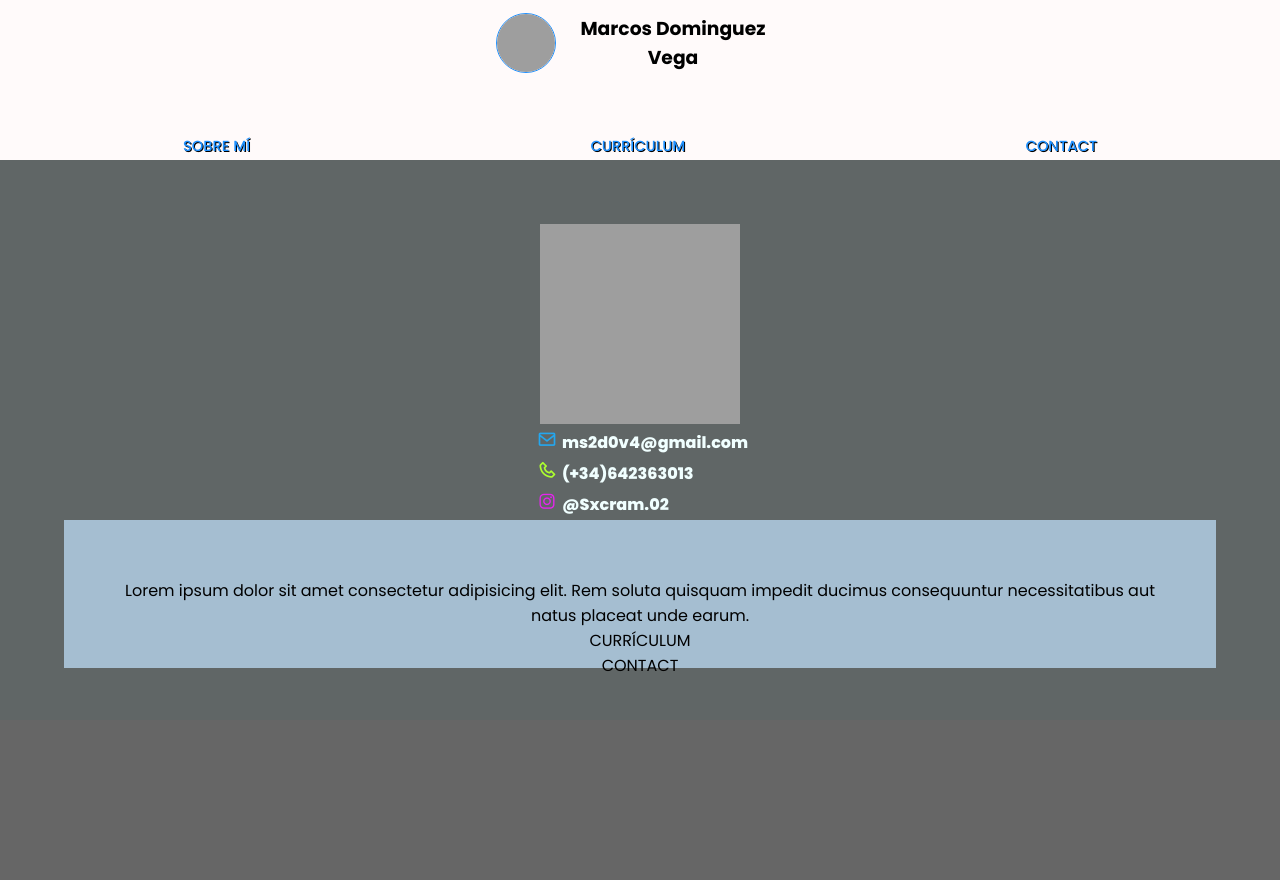
Repository: Sxcram02/Portfoliov.2
Page: index.html
These files come from the project's save history. The page is drawn as it stood at one moment and after a run of saves; the edit follows.
The browser window is 1280 px wide. The pictures show the whole page.
Pictures or frames that could not be fetched are drawn as grey boxes.

Above is the page before, as saved 2023-04-11 00:30:10.

### index.html
<!DOCTYPE html>
<html lang="en">
<head>
    <meta charset="UTF-8">
    <meta http-equiv="X-UA-Compatible" content="IE=edge">
    <meta name="viewport" content="width=device-width, initial-scale=1.0">
    <link rel="stylesheet" href="css/style.css" />
    <link rel="shortcut icon" href="https://picsum.photo/160" type="image/x-icon" />
    <link rel="stylesheet" href="https://unpkg.com/boxicons@latest/css/boxicons.min.css" />
    <title>miPortFolio</title>
</head>
<body>
    <div class="root">
        <header>
            <div class="box-porfile">
                <img src="https://picsum.photos/200" alt="porfile" />
                <h3 class="name">Marcos Dominguez Vega</h3>
            </div>
            <nav>
                <ul class="nav-bar">
                    <li><a href="">SOBRE MÍ</a></li>
                    <li><a href="">CURRÍCULUM</a></li>
                    <li><a href="">CONTACT</a></li>
                </ul>
            </nav>
        </header>
        <main>
            <section class="sobreMi">
                <article class="box-image">
                    <img src="https://picsum.photos/200" alt="porfile" />
                    <ul class="redes">
                        <li><i class='bx bx-envelope' style='color:#24a7ef;font-size: 20px;' ></i>ms2d0v4@gmail.com</li>
                        <li><i class='bx bx-phone' style="color:greenyellow; font-size: 20px;"></i>(+34)642363013</li>
                        <li><i class='bx bxl-instagram' style='color:#e624ef;font-size: 20px;'  ></i>@Sxcram.02</li>
                    </ul>
                </article>
                <article class="info">
                    <p>Lorem ipsum dolor sit amet consectetur adipisicing elit. Rem soluta quisquam impedit ducimus consequuntur necessitatibus aut natus placeat unde earum.</p>
                    <ul class="nav-bar2">
                        <li>CURRÍCULUM</li>
                        <li>CONTACT</li>
                    </ul>
                </article>
            </section>
        </main>
    </div>
</body>
</html>

### css/style.css
@import url('https://fonts.googleapis.com/css2?family=Poppins:ital,wght@0,400;0,500;0,600;0,700;0,800;0,900;1,400&display=swap');

* {
    margin: 0;
    padding: 0;
    box-sizing: border-box;
    font-family: 'Poppins',sans-serif;
    list-style: none;
    text-decoration: none;
}

.root {
    width: 100vw;
    height: 100vh;
    background-color: azure;
}

header {
    width: 100%;
    height: 10em;
    padding: 1%;
    background-color: snow;
    display: flex;
    flex-direction: column;
    align-items: center;
}

.box-porfile {
    display: flex;
    align-items: center;
    text-align: center;
}

.box-porfile > img {
    width: 60px;
    height: 60px;
    border-radius: 100%;
    margin-left: 2%;
    border: 1px solid dodgerblue;
}

.box-porfile > img:hover {
    border: 1px solid orange;
    transition: all 0.3s;
}

nav {
    width: 100%;
    margin-top: 5%;
}

.nav-bar {
    display: flex;
    align-items: center;
    justify-content: space-around;
    font-weight: 500;
    text-shadow: 1px 1px black;
    font-size: 11pt;
}

.nav-bar li > a {
    border-radius: 10px;
    padding: 10px;
    cursor: pointer;
    color: dodgerblue;
}

.nav-bar li:hover > a {
    background-color: rgba(128, 128, 128, 0.604);
    color:orange;
    transition: all 0.3s;
}

main {
    width: 100vw;
    height: 100vh;
}

.sobreMi {
    height: 100vh;
    padding: 5%;
    background-color: rgba(0, 0, 0, 0.599);
    display: grid;
    grid-template-columns: 1,1fr;
    grid-template-rows: repeat(2,1fr);
}

.box-image {
    height: 50%;
    grid-column: 1/2;
    grid-row: 1/2;
    display: flex;
    flex-direction: column;
    align-items: center;
    font-size: 12pt;
    font-weight: 800;
    color: azure;
}

i {
    margin: 5px;
}

.info {
    height: 50%;
    grid-column: 1/2;
    grid-row: 2/3;
    text-align: center;
    padding: 5%;
    background-color: rgba(195, 227, 254, 0.704);
}

After the next 2 saves:
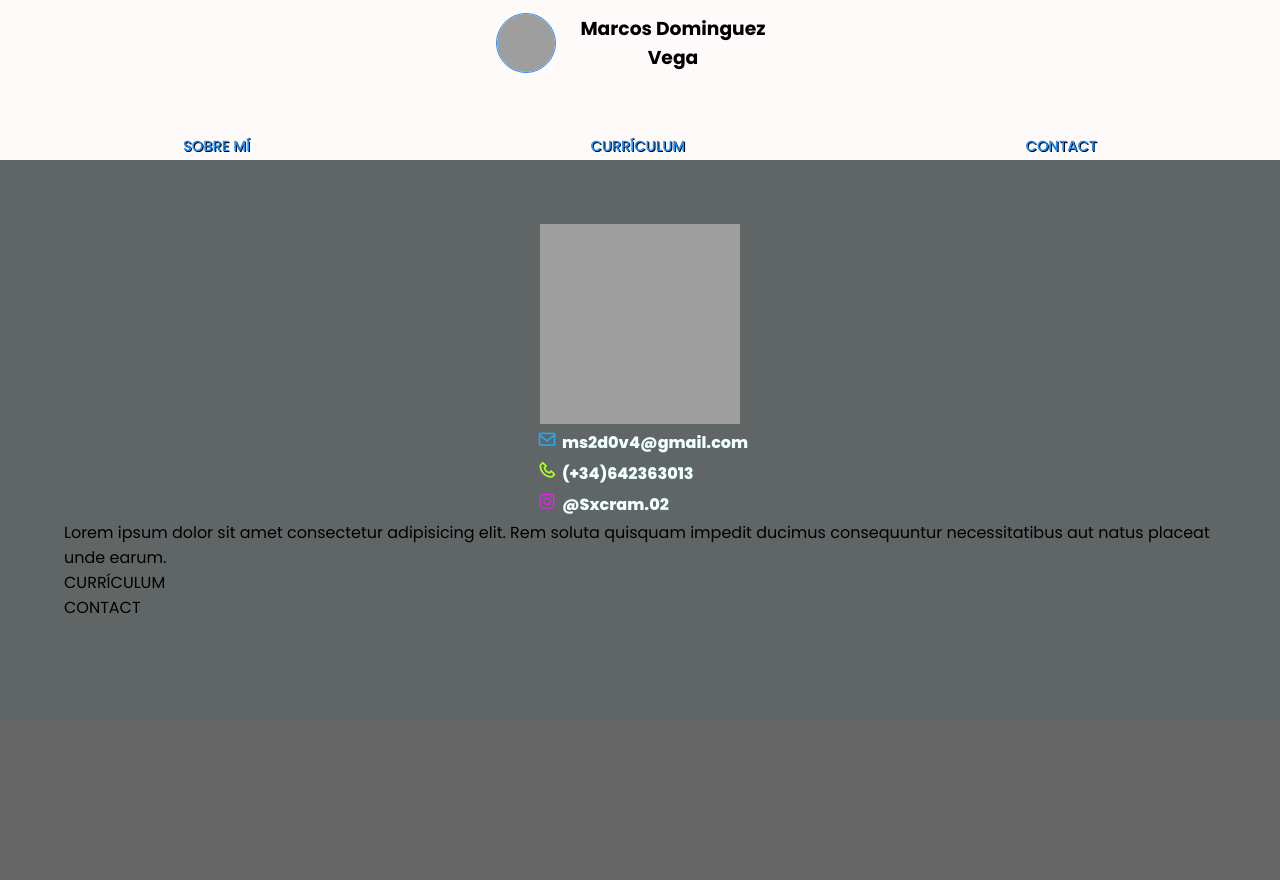
The 2 saves are shown as one change because they came seconds apart.
The last was saved 18 s later.
--- a/css/style.css
+++ b/css/style.css
@@ -101,6 +101,8 @@
     margin: 5px;
 }
 
+.box-image >
+
 .info {
     height: 50%;
     grid-column: 1/2;

After the save that followed:
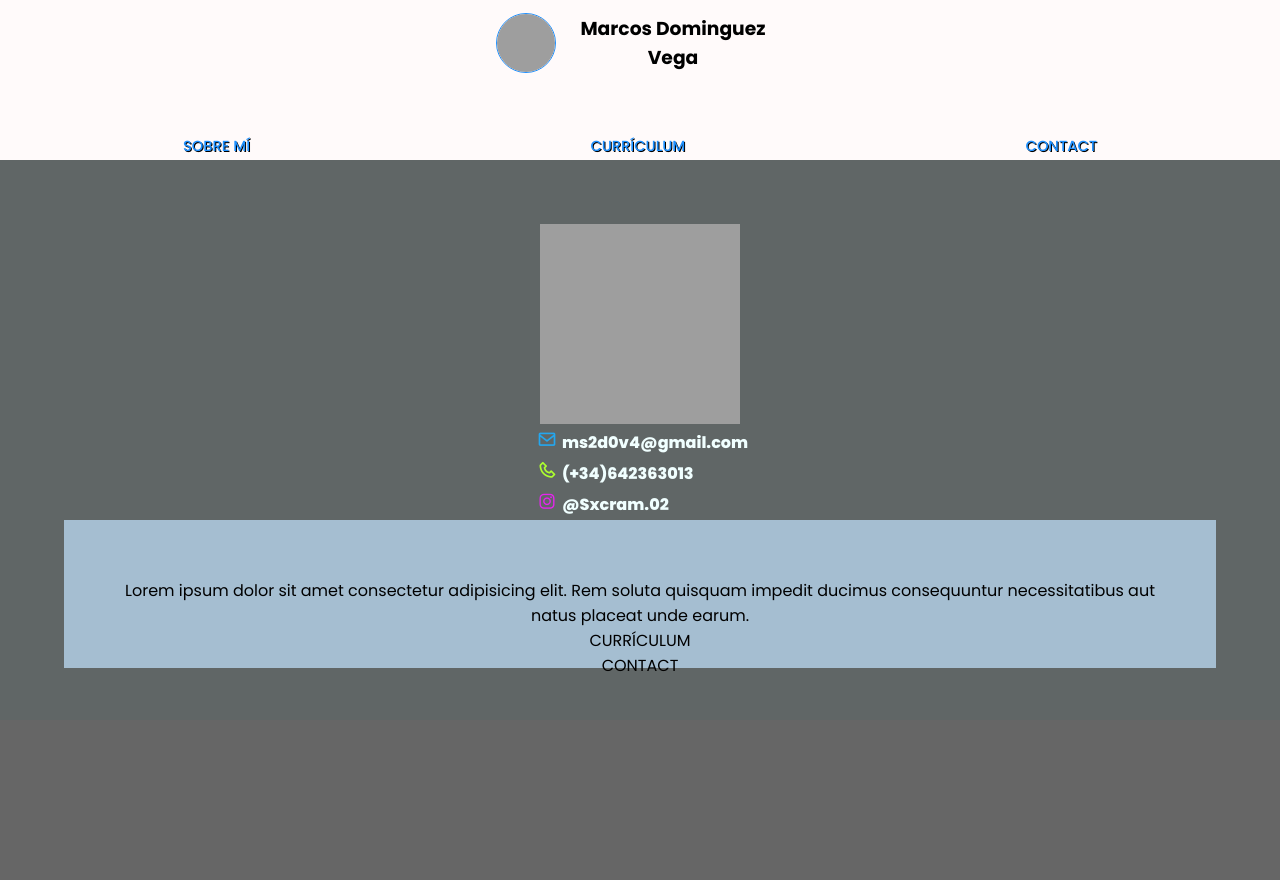
Saved 4 s later.
--- a/css/style.css
+++ b/css/style.css
@@ -101,7 +101,9 @@
     margin: 5px;
 }
 
-.box-image >
+.box-image > img {
+
+}
 
 .info {
     height: 50%;
